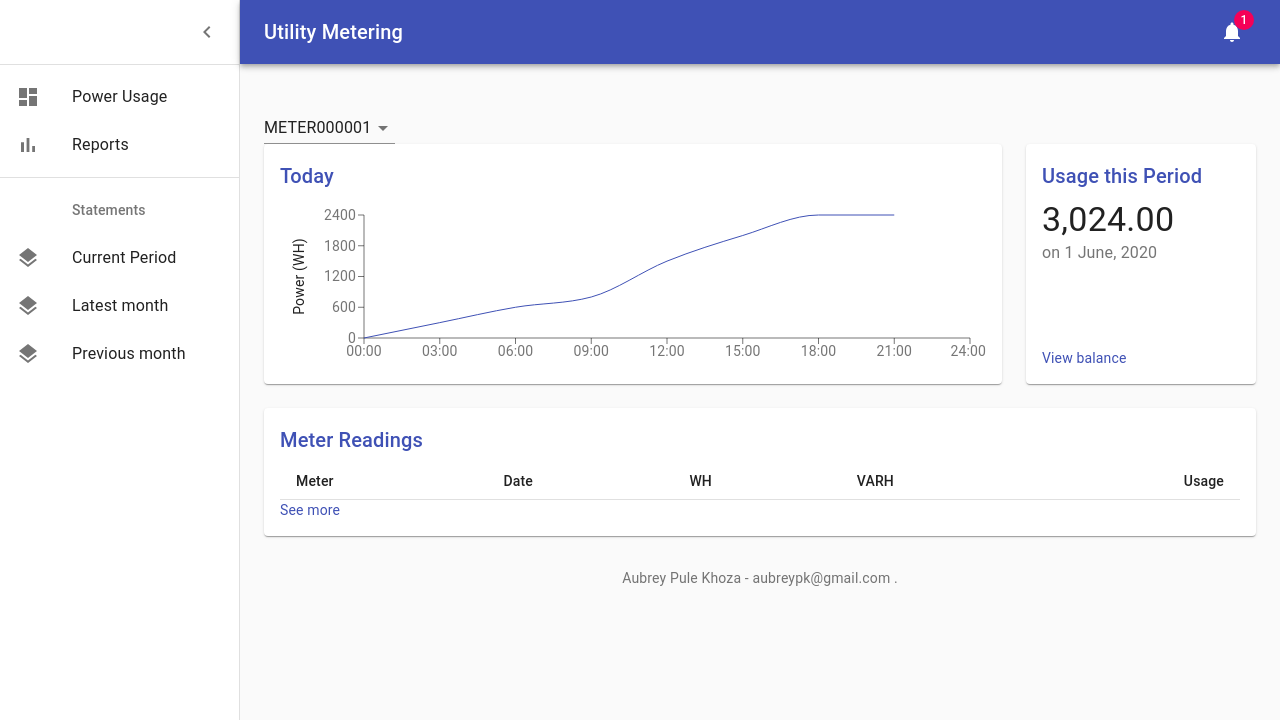
Repository: aubreypk/utilities-metering
Page: / (app in utilities-metering-app/)
The author's editor kept a copy of each file at every save. The page is drawn from the files as they stood at one save, then again after the next save.
The browser window is 1280 px wide. The pictures show the whole page.
The page's requests for data from a server got no answer. The project was rebuilt for these pictures with package versions that can differ from the ones it lists, and the page was loaded fresh each time. No one was signed in, and anything a server would have sent is missing. Also part of the build but not shown: utilities-metering-app/src/App.css.

Above is the page before, as saved 2020-06-01 09:45:31.

### utilities-metering-app/src/index.js
import React from 'react';
import ReactDOM from 'react-dom';
import './index.css';
import App from './App';
import * as serviceWorker from './serviceWorker';

ReactDOM.render(
  <React.StrictMode>
    <App />
  </React.StrictMode>,
  /*<BrowserRouter>
    <App />
  </BrowserRouter>,*/
  document.getElementById('root')
);

// If you want your app to work offline and load faster, you can change
// unregister() to register() below. Note this comes with some pitfalls.
// Learn more about service workers: https://bit.ly/CRA-PWA
serviceWorker.unregister();

### utilities-metering-app/src/App.js
import React, { Component } from 'react'
import Dashboard from './components/Dashboard'

//import { BrowserRouter as Router, Switch, Route, Link } from "react-router-dom";

import './App.css';

class App extends Component {
  render() {
    return (
      <div>
        <Dashboard />
      </div>
    )
  }
}

export default App;

### utilities-metering-app/src/components/Dashboard.js
import React, { useState } from 'react';
import clsx from 'clsx';
import { makeStyles } from '@material-ui/core/styles';
import CssBaseline from '@material-ui/core/CssBaseline';
import Drawer from '@material-ui/core/Drawer';
import Box from '@material-ui/core/Box';
import AppBar from '@material-ui/core/AppBar';
import Toolbar from '@material-ui/core/Toolbar';
import List from '@material-ui/core/List';
import Typography from '@material-ui/core/Typography';
import Divider from '@material-ui/core/Divider';
import IconButton from '@material-ui/core/IconButton';
import Badge from '@material-ui/core/Badge';
import Container from '@material-ui/core/Container';
import Grid from '@material-ui/core/Grid';
import Paper from '@material-ui/core/Paper';
import Link from '@material-ui/core/Link';
import MenuIcon from '@material-ui/icons/Menu';
import ChevronLeftIcon from '@material-ui/icons/ChevronLeft';
import NotificationsIcon from '@material-ui/icons/Notifications';
import { mainListItems, secondaryListItems } from './Sidebar';
import PowerChart from './PowerChart';
import TotalPower from './TotalPower';
import PowerReadings from './PowerReadings';
import MetersList from './MetersList';

function Copyright() {
  return (
    <Typography variant="body2" color="textSecondary" align="center">

      <Link color="inherit" href="mailto:aubreypk@gmail.com">
        Aubrey Pule Khoza - aubreypk@gmail.com
      </Link>{' '}

      {'.'}
    </Typography>
  );
}

const drawerWidth = 240;

const useStyles = makeStyles((theme) => ({
  root: {
    display: 'flex',
  },
  toolbar: {
    paddingRight: 24, // keep right padding when drawer closed
  },
  toolbarIcon: {
    display: 'flex',
    alignItems: 'center',
    justifyContent: 'flex-end',
    padding: '0 8px',
    ...theme.mixins.toolbar,
  },
  appBar: {
    zIndex: theme.zIndex.drawer + 1,
    transition: theme.transitions.create(['width', 'margin'], {
      easing: theme.transitions.easing.sharp,
      duration: theme.transitions.duration.leavingScreen,
    }),
  },
  appBarShift: {
    marginLeft: drawerWidth,
    width: `calc(100% - ${drawerWidth}px)`,
    transition: theme.transitions.create(['width', 'margin'], {
      easing: theme.transitions.easing.sharp,
      duration: theme.transitions.duration.enteringScreen,
    }),
  },
  menuButton: {
    marginRight: 36,
  },
  menuButtonHidden: {
    display: 'none',
  },
  title: {
    flexGrow: 1,
  },
  drawerPaper: {
    position: 'relative',
    whiteSpace: 'nowrap',
    width: drawerWidth,
    transition: theme.transitions.create('width', {
      easing: theme.transitions.easing.sharp,
      duration: theme.transitions.duration.enteringScreen,
    }),
  },
  drawerPaperClose: {
    overflowX: 'hidden',
    transition: theme.transitions.create('width', {
      easing: theme.transitions.easing.sharp,
      duration: theme.transitions.duration.leavingScreen,
    }),
    width: theme.spacing(7),
    [theme.breakpoints.up('sm')]: {
      width: theme.spacing(9),
    },
  },
  appBarSpacer: theme.mixins.toolbar,
  content: {
    flexGrow: 1,
    height: '100vh',
    overflow: 'auto',
  },
  container: {
    paddingTop: theme.spacing(4),
    paddingBottom: theme.spacing(4),
  },
  paper: {
    padding: theme.spacing(2),
    display: 'flex',
    overflow: 'auto',
    flexDirection: 'column',
  },
  fixedHeight: {
    height: 240,
  },
  singleHeight: {
    height: 50,
  },
}));

export default function Dashboard() {
  const classes = useStyles();
  const [open, setOpen] = React.useState(true);
  const handleDrawerOpen = () => {
    setOpen(true);
  };
  const handleDrawerClose = () => {
    setOpen(false);
  };
  const fixedHeightPaper = clsx(classes.paper, classes.fixedHeight);
  //const singleHeightPaper = clsx(classes.paper, classes.SingleHeight);
  const [meterNumber, setMeterNumber] = useState('METER000001'); // get first on list
  const meterNumberCallback = (childData) => {
    setMeterNumber(childData)
  };
  //const handleMeterNumberChange = () => {
  //  setMeterNumber(meterNumber: serial)
  //}
  //TODO: move fetch data to this level and pass that instead of serial. duplicate fetch in sub-components

  return (
    <div className={classes.root}>
      <CssBaseline />
      <AppBar position="absolute" className={clsx(classes.appBar, open && classes.appBarShift)}>
        <Toolbar className={classes.toolbar}>
          <IconButton
            edge="start"
            color="inherit"
            aria-label="open drawer"
            onClick={handleDrawerOpen}
            className={clsx(classes.menuButton, open && classes.menuButtonHidden)}
          >
            <MenuIcon />
          </IconButton>
          <Typography component="h1" variant="h6" color="inherit" noWrap className={classes.title}>
            Utility Metering
          </Typography>
          <IconButton color="inherit">
            <Badge badgeContent={1} color="secondary">
              <NotificationsIcon />
            </Badge>
          </IconButton>
        </Toolbar>
      </AppBar>
      <Drawer
        variant="permanent"
        classes={{
          paper: clsx(classes.drawerPaper, !open && classes.drawerPaperClose),
        }}
        open={open}
      >
        <div className={classes.toolbarIcon}>
          <IconButton onClick={handleDrawerClose}>
            <ChevronLeftIcon />
          </IconButton>
        </div>
        <Divider />
        <List>{mainListItems}</List>
        <Divider />
        <List>{secondaryListItems}</List>
      </Drawer>
      <main className={classes.content}>
        <div className={classes.appBarSpacer} />
        <Container maxWidth="lg" className={classes.container}>
            {/* Meter Selection */}
            <MetersList meterNumber={meterNumber} meterNumberCallback = {meterNumberCallback}/>

          <Grid container spacing={3}>
            {/* Power Chart */}
            <Grid item xs={12} md={8} lg={9}>
              <Paper className={fixedHeightPaper}>
                <PowerChart meterNumber={meterNumber}/>
              </Paper>
            </Grid>
            {/* Total Power Usage */}
            <Grid item xs={12} md={4} lg={3}>
              <Paper className={fixedHeightPaper}>
                <TotalPower meterNumber={meterNumber}/>
              </Paper>
            </Grid>
            {/* List readings */}
            <Grid item xs={12}>
              <Paper className={classes.paper}>
                <PowerReadings meterNumber={meterNumber}/>
              </Paper>
            </Grid>
          </Grid>
          <Box pt={4}>
            <Copyright />
          </Box>
        </Container>
      </main>
    </div>
  );
}

### utilities-metering-app/src/components/Sidebar.js
import React from 'react';
import ListItem from '@material-ui/core/ListItem';
import ListItemIcon from '@material-ui/core/ListItemIcon';
import ListItemText from '@material-ui/core/ListItemText';
import ListSubheader from '@material-ui/core/ListSubheader';
import DashboardIcon from '@material-ui/icons/Dashboard';
import BarChartIcon from '@material-ui/icons/BarChart';
import LayersIcon from '@material-ui/icons/Layers';
//import AssignmentIcon from '@material-ui/icons/Assignment';

export const mainListItems = (
  <div>
    <ListItem button>
      <ListItemIcon>
        <DashboardIcon />
      </ListItemIcon>
      <ListItemText primary="Power Usage" />
    </ListItem>
    <ListItem button>
      <ListItemIcon>
        <BarChartIcon />
      </ListItemIcon>
      <ListItemText primary="Reports" />
    </ListItem>
  </div>
);

export const secondaryListItems = (
  <div>
    <ListSubheader inset>Statements</ListSubheader>
    <ListItem button>
      <ListItemIcon>
        <LayersIcon />
      </ListItemIcon>
      <ListItemText primary="Current Period" />
    </ListItem>
    <ListItem button>
      <ListItemIcon>
        <LayersIcon />
      </ListItemIcon>
      <ListItemText primary="Latest month" />
    </ListItem>
    <ListItem button>
      <ListItemIcon>
        <LayersIcon />
      </ListItemIcon>
      <ListItemText primary="Previous month" />
    </ListItem>
  </div>
);

### utilities-metering-app/src/components/PowerChart.js
import React from 'react';
import { useTheme } from '@material-ui/core/styles';
import { LineChart, Line, XAxis, YAxis, Label, ResponsiveContainer } from 'recharts';
import Header from './Header';

// Generate Sales Data
function createData(time, amount) {
  return { time, amount };
}

const data = [
  createData('00:00', 0),
  createData('03:00', 300),
  createData('06:00', 600),
  createData('09:00', 800),
  createData('12:00', 1500),
  createData('15:00', 2000),
  createData('18:00', 2400),
  createData('21:00', 2400),
  createData('24:00', undefined),
];

export default function PowerChart() {
  const theme = useTheme();

  return (
    <React.Fragment>
      <Header>Today</Header>
      <ResponsiveContainer>
        <LineChart
          data={data}
          margin={{
            top: 16,
            right: 16,
            bottom: 0,
            left: 24,
          }}
        >
          <XAxis dataKey="time" stroke={theme.palette.text.secondary} />
          <YAxis stroke={theme.palette.text.secondary}>
            <Label
              angle={270}
              position="left"
              style={{ textAnchor: 'middle', fill: theme.palette.text.primary }}
            >
              Power (WH)
            </Label>
          </YAxis>
          <Line type="monotone" dataKey="amount" stroke={theme.palette.primary.main} dot={false} />
        </LineChart>
      </ResponsiveContainer>
    </React.Fragment>
  );
}

### utilities-metering-app/src/components/TotalPower.js
import React from 'react';
import Link from '@material-ui/core/Link';
import { makeStyles } from '@material-ui/core/styles';
import Typography from '@material-ui/core/Typography';
import Header from './Header';

function preventDefault(event) {
  event.preventDefault();
}

const useStyles = makeStyles({
  depositContext: {
    flex: 1,
  },
});

export default function TotalPower() {
  const classes = useStyles();
  return (
    <React.Fragment>
      <Header>Usage this Period</Header>
      <Typography component="p" variant="h4">
        3,024.00
      </Typography>
      <Typography color="textSecondary" className={classes.depositContext}>
        on 1 June, 2020
      </Typography>
      <div>
        <Link color="primary" href="#" onClick={preventDefault}>
          View balance
        </Link>
      </div>
    </React.Fragment>
  );
}

### utilities-metering-app/src/components/PowerReadings.js
import React, { Component } from 'react';
import Link from '@material-ui/core/Link';
import Table from '@material-ui/core/Table';
import TableBody from '@material-ui/core/TableBody';
import TableCell from '@material-ui/core/TableCell';
import TableHead from '@material-ui/core/TableHead';
import TableRow from '@material-ui/core/TableRow';
import axios from 'axios';
import Header from './Header';

function preventDefault(event) {
  event.preventDefault();
}

export default class PowerReadings extends Component {

  constructor(props) {
    super(props)
    this.state = {
      readings: []
    };
  }

  componentDidMount() {
    axios.get('http://localhost:4000/readings/get-serial-readings/' + this.props.meterNumber)
    //axios.get('http://localhost:4000/readings/')
      .then(res => {
        this.setState({
          readings: res.data
        });
      })
      .catch((error) => {
        console.log(error);
      })
  }

  render() {
    return (
      <React.Fragment>
        <Header>Meter Readings</Header>
        <Table size="small">
          <TableHead>
            <TableRow>
              <TableCell>Meter</TableCell>
              <TableCell>Date</TableCell>
              <TableCell>WH</TableCell>
              <TableCell>VARH</TableCell>
              <TableCell align="right">Usage</TableCell>
            </TableRow>
          </TableHead>
          <TableBody>
            {this.state.readings.map((row) => (
              <TableRow key={row.id}>
                <TableCell>{row.serial}</TableCell>
                <TableCell>{row.readingDateTimeUTC}</TableCell>
                <TableCell>{row.WH}</TableCell>
                <TableCell>{row.VARH}</TableCell>
                {/* TODO: calculate usage */}
                <TableCell align="right">{}</TableCell>
              </TableRow>
            ))}
          </TableBody>
        </Table>
        <div>
          <Link color="primary" href="#" onClick={preventDefault}>
            See more
          </Link>
        </div>
      </React.Fragment>
    );
  }
}

### utilities-metering-app/src/components/MetersList.js
import React, { Component } from 'react';
import { makeStyles } from '@material-ui/core/styles';
import InputLabel from '@material-ui/core/InputLabel';
import MenuItem from '@material-ui/core/MenuItem';
import FormControl from '@material-ui/core/FormControl';
import Select from '@material-ui/core/Select';

const useStyles = makeStyles((theme) => ({
  formControl: {
    margin: theme.spacing(1),
    minWidth: 120,
  },
  selectEmpty: {
    marginTop: theme.spacing(2),
  },
}));

export default class MetersList extends Component {
//export default function MetersList() {
  //classes = useStyles();

  handleChange = (event) => {
    this.props.meterNumberCallback(event.target.value);
  };

  render() {
  return (
    <div>
      <FormControl class="formControl">
        <InputLabel id="meter-select-label">Meter Number</InputLabel>
        <Select
          labelId="meter-select-label"
          id="meter-select"
          value={this.props.meterNumber}
          onChange={this.handleChange}
        >
          {/* TODO: pull meter numbers from db data */}
          <MenuItem value={"METER000001"}>METER000001</MenuItem>
          <MenuItem value={"METER000002"}>METER000002</MenuItem>
        </Select>
      </FormControl>
    </div>
  );
  }
}

### utilities-metering-app/src/components/Header.js
import React from 'react';
import PropTypes from 'prop-types';
import Typography from '@material-ui/core/Typography';

export default function Header(props) {
  return (
    <Typography component="h2" variant="h6" color="primary" gutterBottom>
      {props.children}
    </Typography>
  );
}

Header.propTypes = {
  children: PropTypes.node,
};

Loaded but not shown: utilities-metering-app/public/index.html (common file); utilities-metering-app/src/index.css (common file); utilities-metering-app/src/serviceWorker.js (common file)

After the next save:
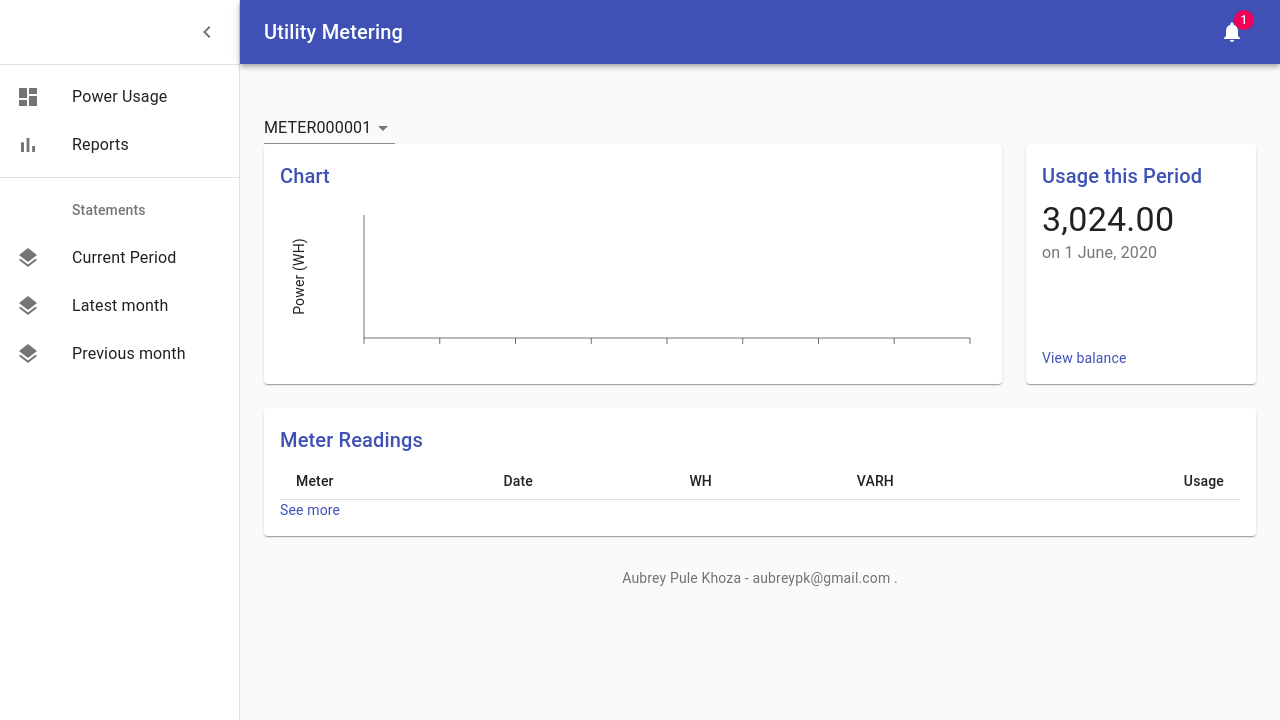
Saved 3 min 3 s later.
--- a/utilities-metering-app/src/components/PowerChart.js
+++ b/utilities-metering-app/src/components/PowerChart.js
@@ -25,7 +25,7 @@ export default function PowerChart() {
 
   return (
     <React.Fragment>
-      <Header>Today</Header>
+      <Header>Chart</Header>
       <ResponsiveContainer>
         <LineChart
           data={data}
@@ -36,7 +36,7 @@ export default function PowerChart() {
             left: 24,
           }}
         >
-          <XAxis dataKey="time" stroke={theme.palette.text.secondary} />
+          <XAxis dataKey="readingDateTimeUTC" stroke={theme.palette.text.secondary} />
           <YAxis stroke={theme.palette.text.secondary}>
             <Label
               angle={270}
@@ -46,7 +46,7 @@ export default function PowerChart() {
               Power (WH)
             </Label>
           </YAxis>
-          <Line type="monotone" dataKey="amount" stroke={theme.palette.primary.main} dot={false} />
+          <Line type="monotone" dataKey="WH" stroke={theme.palette.primary.main} dot={false} />
         </LineChart>
       </ResponsiveContainer>
     </React.Fragment>
